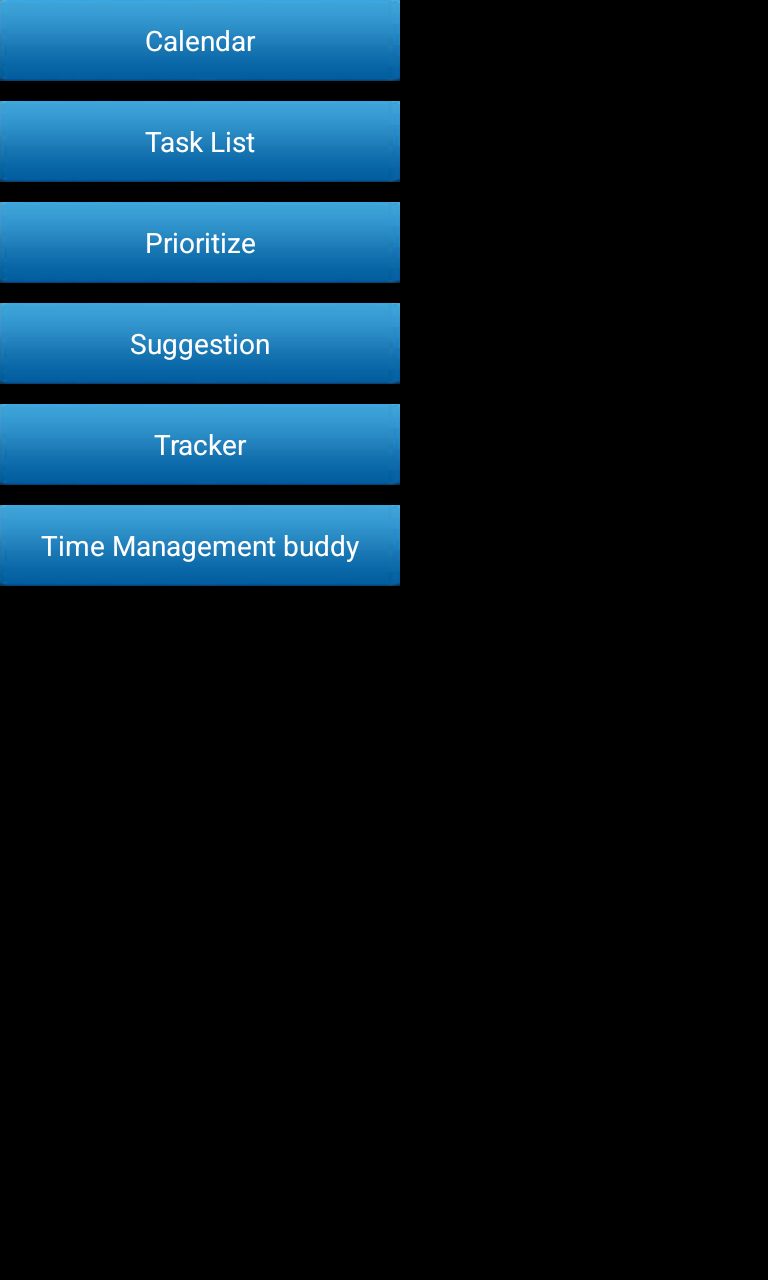
Repository: jSwati98/Android-Projects
Layout: TimeManagementBuddy/res/layout/home.xml
The author's editor kept a copy of each file at every save. The layout is drawn from the files as they stood at one save, then again after the next save.
It is drawn on a 768 x 1280 px phone screen (xhdpi) without system bars, with theme android:Theme; the app's code is not run. The app's manifest (not shown) leaves right-to-left support off. So textAlignment, textDirection and layoutDirection are ignored, and left and right values win over start and end ones.

Above is the layout before, as saved 2015-01-05 00:43:42.

### TimeManagementBuddy/res/layout/home.xml
<?xml version="1.0" encoding="utf-8"?>
<ScrollView
	xmlns:android="http://schemas.android.com/apk/res/android"
	android:layout_width="fill_parent"
	android:layout_height="fill_parent">
	<LinearLayout
		android:orientation="vertical"
		android:layout_width="fill_parent"
		android:layout_height="fill_parent">

<Button
        android:id="@+id/createTaskButton"
        android:layout_width="200dp"
        android:layout_height="wrap_content"
        android:layout_alignParentLeft="false"
        android:layout_alignParentStart="false"
        android:layout_alignParentTop="false"
        android:layout_centerInParent="true"
        android:layout_marginBottom="10dp"
        android:background="@drawable/button_1"
        android:bottomLeftRadius="10dp"
        android:bottomRightRadius="10dp"
        android:text="Calendar"
        android:textColor="@android:color/white"
        android:topLeftRadius="10dp"
        android:topRightRadius="10dp" />
<Button
        android:id="@+id/showTaskButton"
        android:layout_width="200dp"
        android:layout_height="wrap_content"
        android:layout_alignParentLeft="false"
        android:layout_alignParentStart="false"
        android:layout_alignParentTop="false"
        android:layout_centerInParent="true"
        android:layout_marginBottom="10dp"
        android:background="@drawable/button_1"
        android:bottomLeftRadius="10dp"
        android:bottomRightRadius="10dp"
        android:text="Task List"
        android:textColor="@android:color/white"
        android:topLeftRadius="10dp"
        android:topRightRadius="10dp" />
<Button
        android:id="@+id/prioritizeButton"
        android:layout_width="200dp"
        android:layout_height="wrap_content"
        android:layout_alignBottom="@id/createTaskButton"
        android:layout_alignParentLeft="false"
        android:layout_alignParentStart="false"
        android:layout_alignParentTop="false"
        android:layout_centerInParent="true"
        android:layout_marginBottom="10dp"
        android:background="@drawable/button_1"
        android:bottomLeftRadius="10dp"
        android:bottomRightRadius="10dp"
        android:text="Prioritize"
        android:textColor="@android:color/white"
        android:topLeftRadius="10dp"
        android:topRightRadius="10dp" />
<Button
        android:id="@+id/suggestionButton"
        android:layout_width="200dp"
        android:layout_height="wrap_content"
        android:layout_alignBottom="@id/prioritizeButton"
        android:layout_alignParentLeft="false"
        android:layout_alignParentStart="false"
        android:layout_alignParentTop="false"
        android:layout_centerInParent="true"
        android:layout_marginBottom="10dp"
        android:background="@drawable/button_1"
        android:bottomLeftRadius="10dp"
        android:bottomRightRadius="10dp"
        android:text="Suggestion"
        android:textColor="@android:color/white"
        android:topLeftRadius="10dp"
        android:topRightRadius="10dp" />

<Button
        android:id="@+id/trackerButton"
        android:layout_width="200dp"
        android:layout_height="wrap_content"
        android:layout_alignParentLeft="false"
        android:layout_alignParentStart="false"
        android:layout_alignParentTop="false"
        android:layout_centerInParent="true"
        android:layout_marginBottom="10dp"
        android:background="@drawable/button_1"
        android:bottomLeftRadius="10dp"
        android:bottomRightRadius="10dp"
        android:text="Tracker"
        android:textColor="@android:color/white"
        android:topLeftRadius="10dp"
        android:topRightRadius="10dp" />



<Button
        android:id="@+id/timeButton"
        android:layout_width="200dp"
        android:layout_height="wrap_content"
        android:layout_alignParentLeft="false"
        android:layout_alignParentStart="false"
        android:layout_alignParentTop="false"
        android:layout_centerInParent="true"
        android:layout_marginBottom="10dp"
        android:background="@drawable/button_1"
        android:bottomLeftRadius="10dp"
        android:bottomRightRadius="10dp"
        android:text="Time Management buddy"
        android:textColor="@android:color/white"
        android:topLeftRadius="10dp"
        android:topRightRadius="10dp" />

</LinearLayout>
</ScrollView>

After the next save:
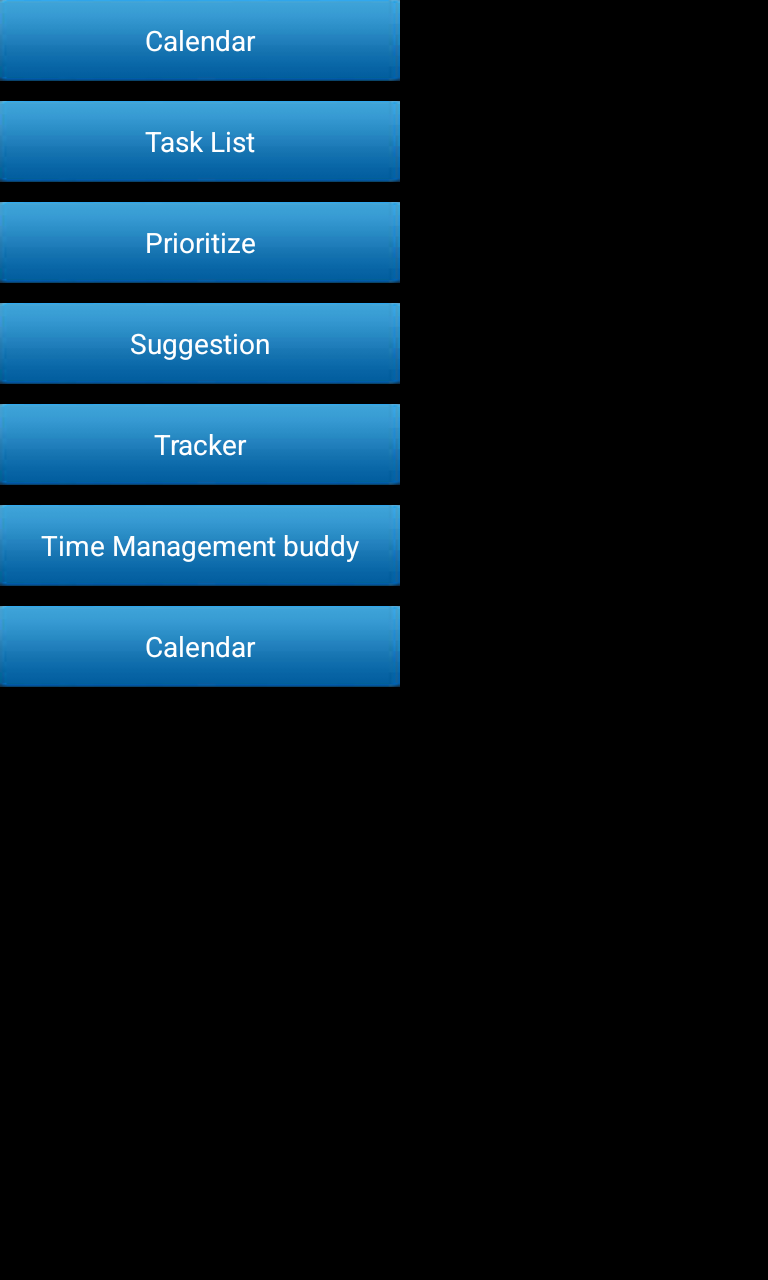
Saved 82 s later.
--- a/TimeManagementBuddy/res/layout/home.xml
+++ b/TimeManagementBuddy/res/layout/home.xml
@@ -110,6 +110,21 @@
         android:textColor="@android:color/white"
         android:topLeftRadius="10dp"
         android:topRightRadius="10dp" />
-
+<Button
+        android:id="@+id/voicecontrols"
+        android:layout_width="200dp"
+        android:layout_height="wrap_content"
+        android:layout_alignParentLeft="false"
+        android:layout_alignParentStart="false"
+        android:layout_alignParentTop="false"
+        android:layout_centerInParent="true"
+        android:layout_marginBottom="10dp"
+        android:background="@drawable/button_1"
+        android:bottomLeftRadius="10dp"
+        android:bottomRightRadius="10dp"
+        android:text="Calendar"
+        android:textColor="@android:color/white"
+        android:topLeftRadius="10dp"
+        android:topRightRadius="10dp" />
 </LinearLayout>
 </ScrollView>
